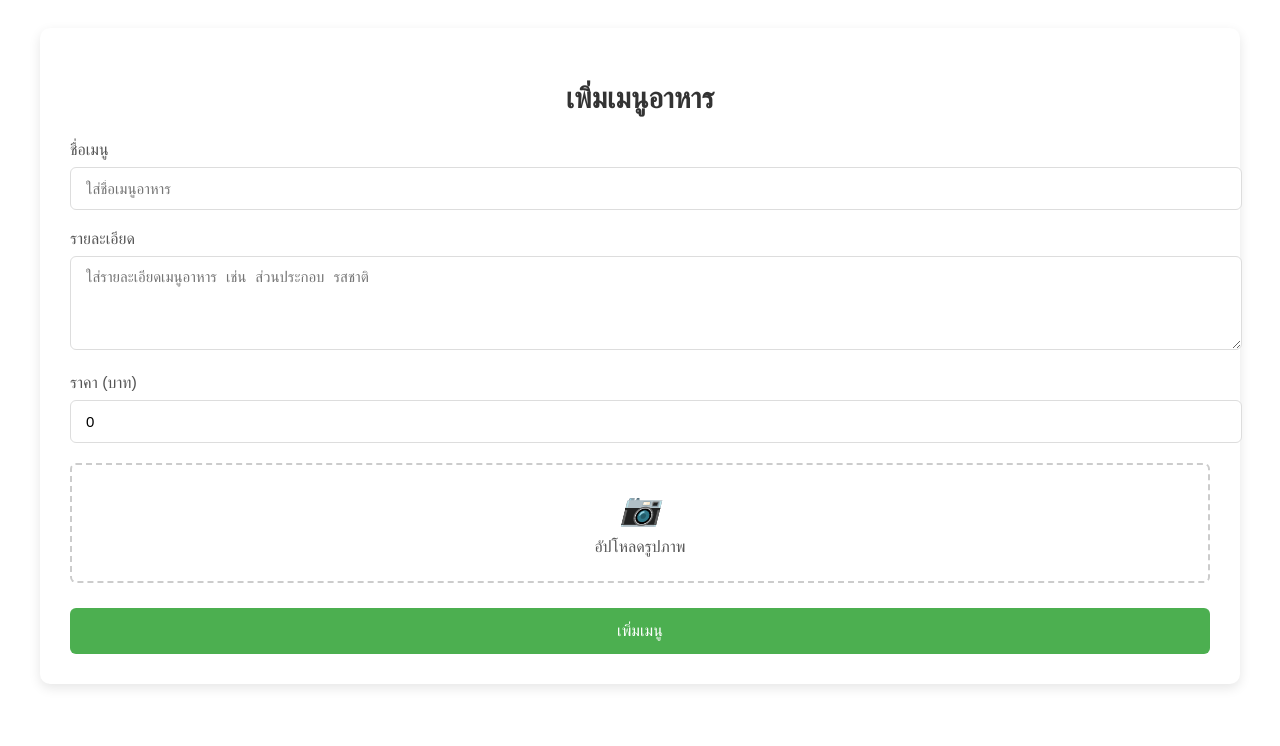
Repository: KwaunchaiJankaikot/mootod
Page: /add-menu (app in frontend/)
These files come from the project's save history. The page is drawn as it stood at one moment and after a run of saves; the edit follows.
The browser window is 1280 px wide. The pictures show the whole page.
The project was rebuilt for these pictures with package versions that can differ from the ones it lists, and the page was loaded fresh each time. Also part of the build but not shown: frontend/vue.config.js, frontend/src/components/HomePage.vue, frontend/src/components/MenuList.vue, frontend/src/components/EditMenu.vue.

Above is the page before, as saved 2025-04-19 01:05:00.

After the next 2 saves:
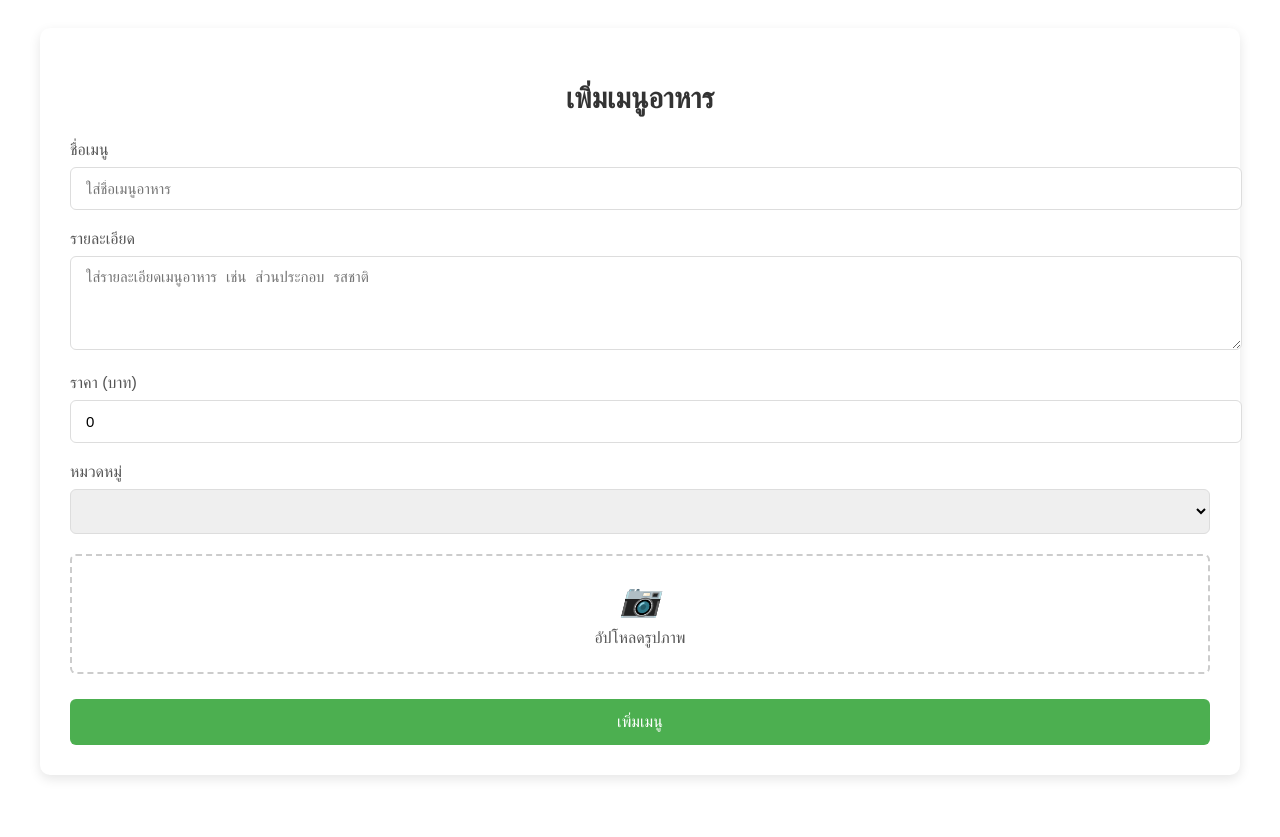
The 2 saves are shown as one change because they came seconds apart.
The last was saved 10 s later.
--- a/frontend/src/components/AddMenu.vue
+++ b/frontend/src/components/AddMenu.vue
@@ -39,6 +39,21 @@
             step="1"
             placeholder="0"
           />
+        </div>
+
+        <div class="form-group">
+          <label for="category">หมวดหมู่</label>
+          <select
+            id="category"
+            v-model="menu.category"
+            required
+            class="form-control"
+          >
+            <option value="อาหารหลัก">อาหารหลัก</option>
+            <option value="ของหวาน">ของหวาน</option>
+            <option value="ข้าว">ข้าว</option>
+            <option value="ผลไม้">ผลไม้</option>
+          </select>
         </div>
 
         <div class="form-group file-upload">
